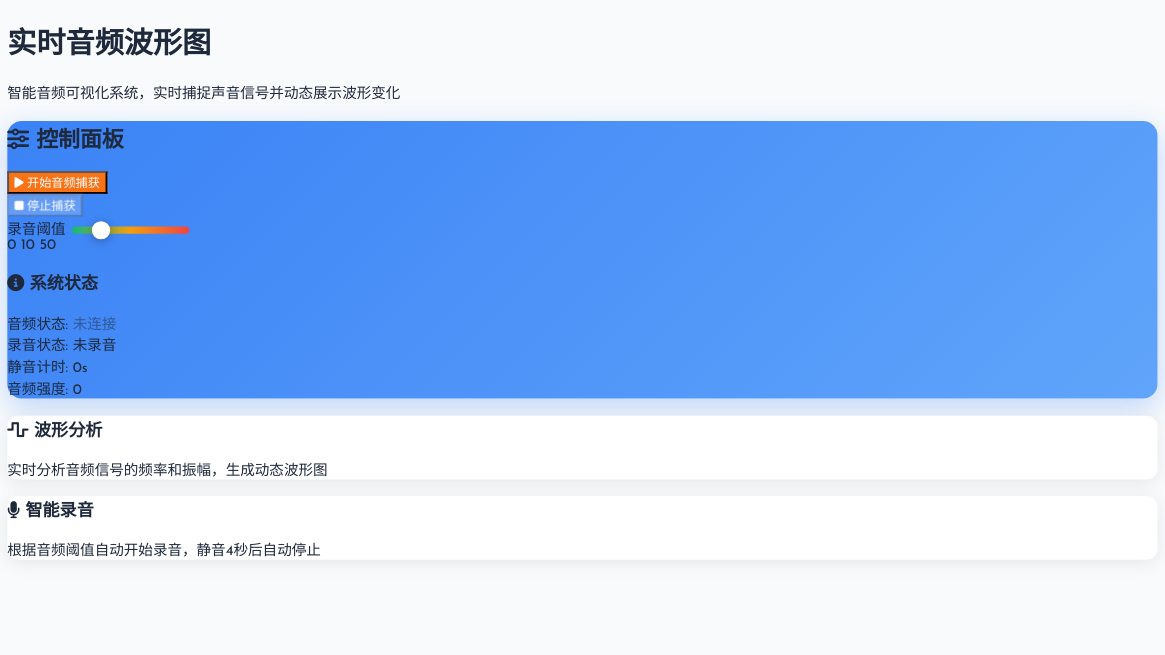
Repository: chun-cr/Demo-uniapp
Page: pages/canvas-record/index.html
These files come from the project's save history. The page is drawn as it stood at one moment and after the next save; the edit follows.
The browser window is 1280 px wide. The pictures show the whole page, at 91% of full size.

Above is the page before, as saved 2026-01-22 15:12:44.

After the next save:
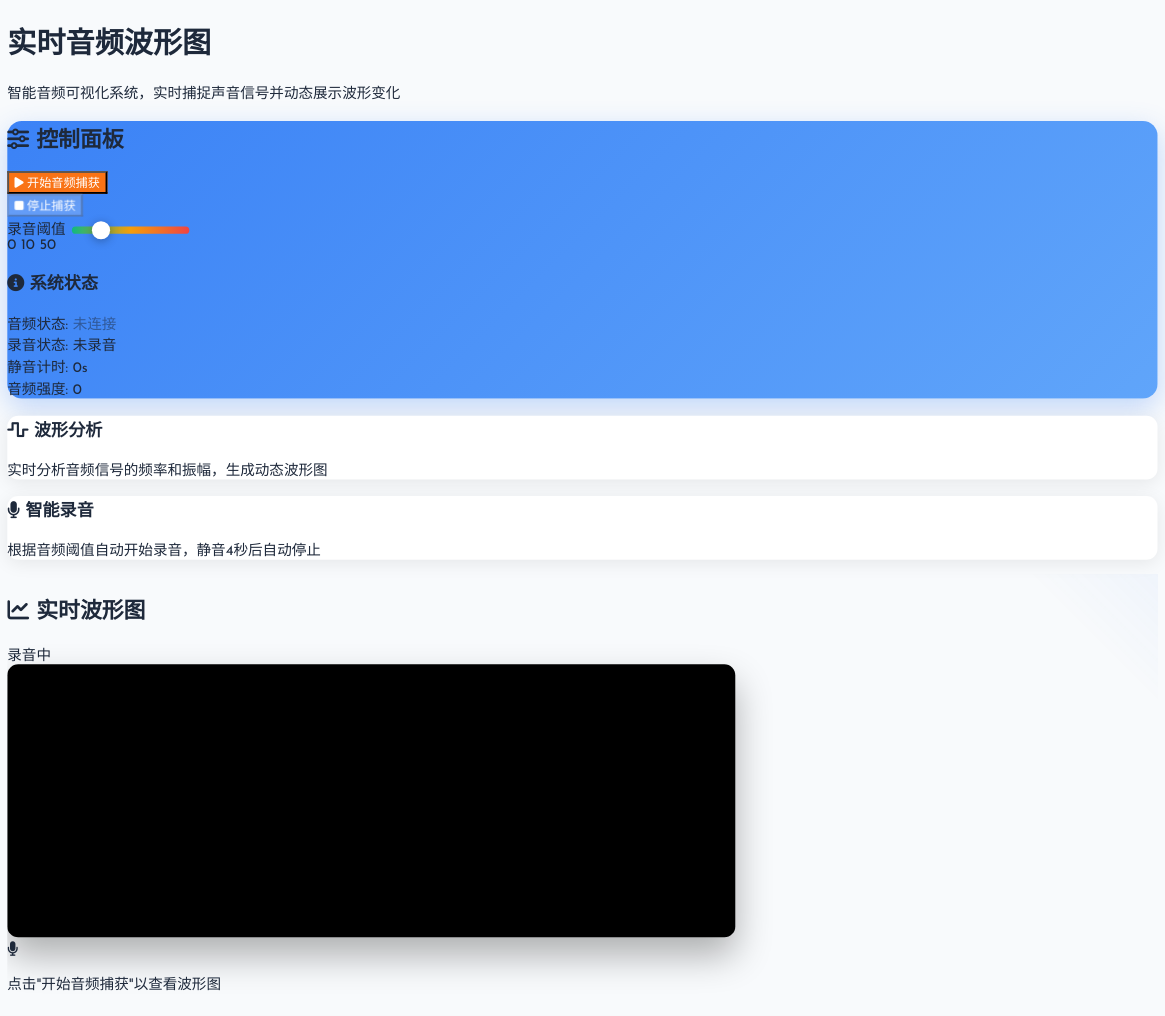
Saved 113 s later.
--- a/pages/canvas-record/index.html
+++ b/pages/canvas-record/index.html
@@ -228,7 +228,33 @@
                 </div>
             </div>
             <div class="lg:col-span-2">
-
+                <div class="waveform-container bg-white rounded-xl p-6 shadow-2xl">
+                    <div class="flex items-center justify-between mb-6">
+                        <h2 class="title-font text-2xl font-semibold flex items-center">
+                            <i class="fas fa-chart-line mr-3 text-blue-500"></i>
+                            实时波形图
+                        </h2>
+                        <div id="recordingIndicator" class="hidden">
+                          <span class="inline-flex items-center px-3 py-1 rounded-full text-sm font-medium bg-red-100 text-red-800">
+                            <span class="w-2 h-2 bg-red-500 rounded-full mr-2 recording-active"></span>
+                            录音中
+                          </span>
+                        </div>
+                    </div>
+
+                    <div class="relative">
+                        <canvas id="waveformCanvas" class="waveform-canvas w-full" width="800" height="300"></canvas>
+                        <div id="canvasPlaceholder" class="absolute inset-0 flex items-center justify-center bg-black rounded-lg">
+                            <div class="text-center text-gray-400">
+                                <i class="fas fa-microphone text-6xl mb-4 opacity-50"></i>
+                                <p class="text-lg">点击"开始音频捕获"以查看波形图</p>
+                            </div>
+                        </div>
+                    </div>
+                </div>
+                <div class="mt-8 grid md:grid-cols-2 gap-6">
+
+                </div>
             </div>
         </div>
     </div>
